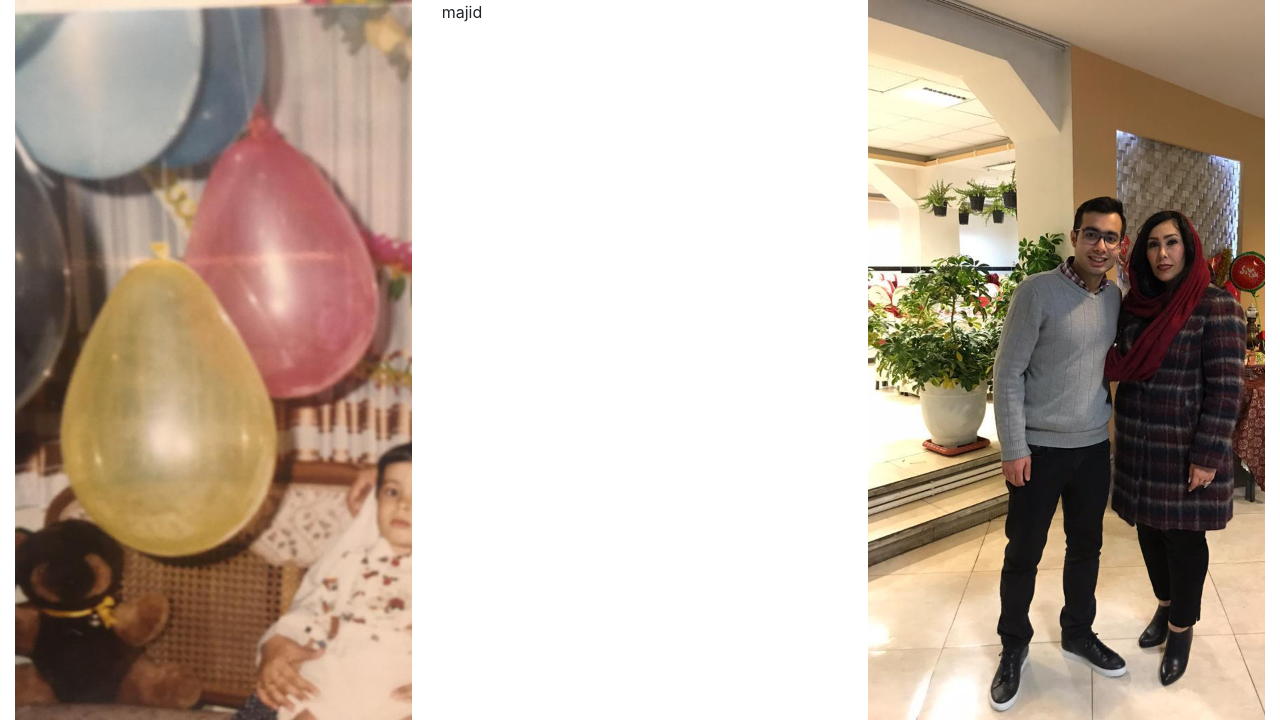
Repository: mirfarzam/mirfarzam.github.io
Page: khalelila/index.html
These files come from the project's save history. The page is drawn as it stood at one moment and after the next save; the edit follows.
The browser window is 1280 px wide. The pictures show the whole page.

Above is the page before, as saved 2020-04-30 21:13:35.

### khalelila/index.html
<html>
<head>
<title>تولد خاله لیلا</title>
<link href="https://stackpath.bootstrapcdn.com/bootstrap/4.4.1/css/bootstrap.min.css" rel="stylesheet" integrity="sha384-Vkoo8x4CGsO3+Hhxv8T/Q5PaXtkKtu6ug5TOeNV6gBiFeWPGFN9MuhOf23Q9Ifjh" crossorigin="anonymous">
<script
  src="https://code.jquery.com/jquery-3.5.0.min.js"
  integrity="sha256-xNzN2a4ltkB44Mc/Jz3pT4iU1cmeR0FkXs4pru/JxaQ="
  crossorigin="anonymous"></script>
<script src="https://stackpath.bootstrapcdn.com/bootstrap/4.4.1/js/bootstrap.min.js" integrity="sha384-wfSDF2E50Y2D1uUdj0O3uMBJnjuUD4Ih7YwaYd1iqfktj0Uod8GCExl3Og8ifwB6" crossorigin="anonymous"></script>
<script src="https://stackpath.bootstrapcdn.com/bootstrap/4.4.1/js/bootstrap.bundle.min.js" integrity="sha384-6khuMg9gaYr5AxOqhkVIODVIvm9ynTT5J4V1cfthmT+emCG6yVmEZsRHdxlotUnm" crossorigin="anonymous"></script>

<style>
.maincontrainer{
    width:100vw;
    height:100vh
}
.maincontrainer .row, .maincontrainer .row .col-sm-4{
    height: inherit;
    width: inherit;
}
.maincontrainer .row .col-sm-4 {
    position:relative;
}
.maincontrainer .row .col-sm-4 img{
    width:100%;
    height:100%;
    position:relative;
    top:0;
    left:0;
    object-fit:cover;
    object-position: -10px;
}

</style>
</head>
<body>
<section class="container-fluid maincontrainer">
    <div class="row">
        <div class="col-sm-4"><img src="old.jpeg"></div>
        <div class="col-sm-4">majid</div>
        <div class="col-sm-4"><img src="new.jpeg"></div>
    </div>
</section>
</body>
</html>

After the next save:
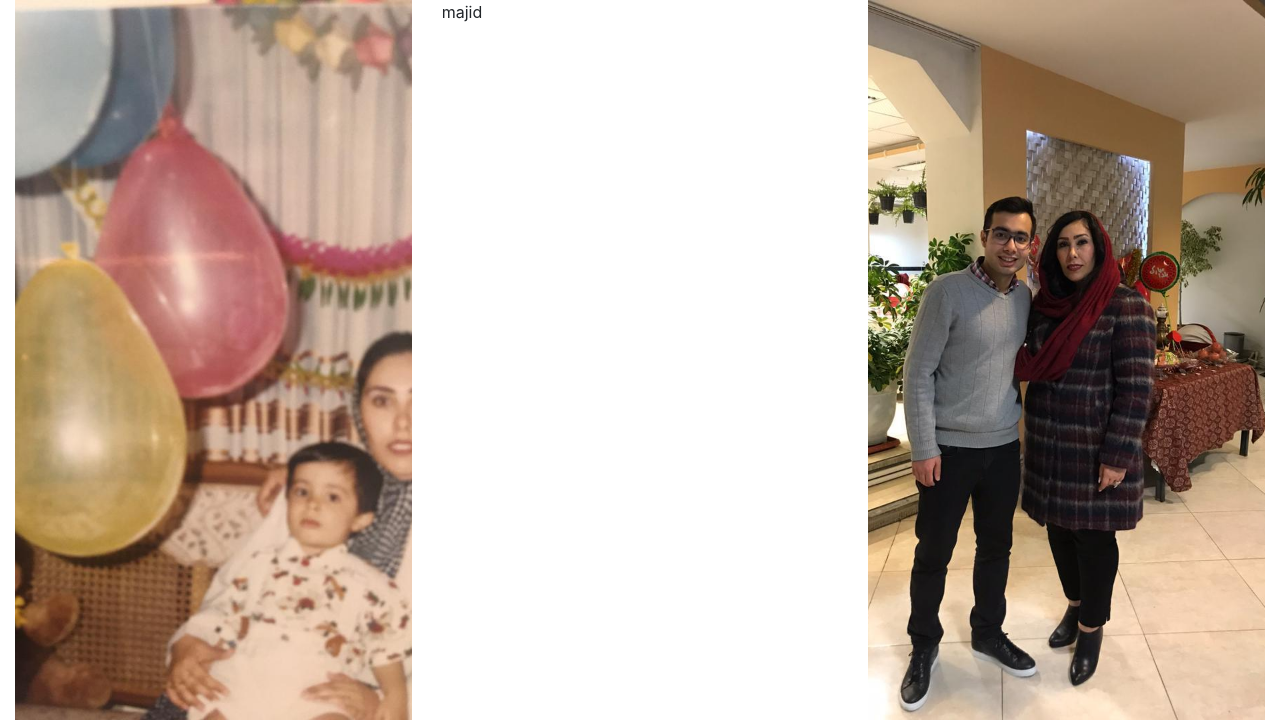
Saved 1 s later.
--- a/khalelila/index.html
+++ b/khalelila/index.html
@@ -28,7 +28,7 @@
     top:0;
     left:0;
     object-fit:cover;
-    object-position: -10px;
+    object-position: -100px;
 }
 
 </style>
